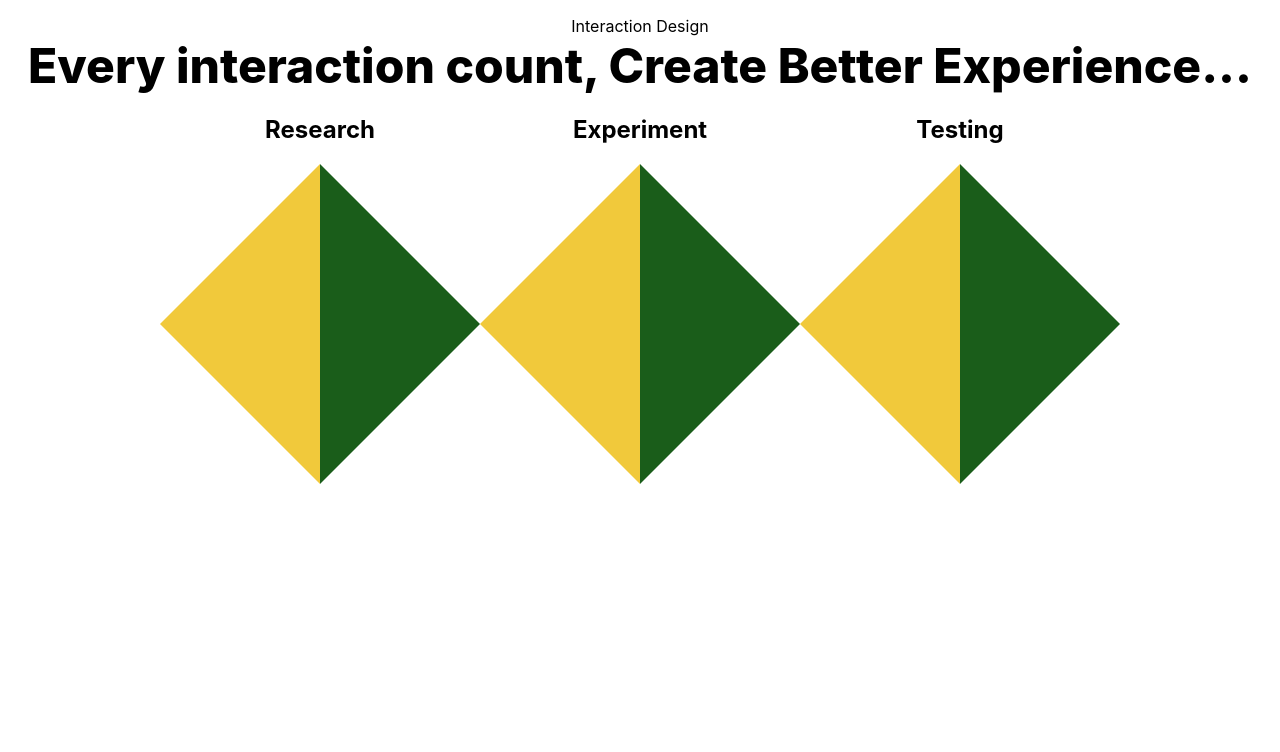
Repository: YingCG/interaction-design
Page: /
These files come from the project's save history. The page is drawn as it stood at one moment and after the next save; the edit follows.
The browser window is 1280 px wide. The pictures show the whole page.
The project was rebuilt for these pictures with package versions that can differ from the ones it lists, and the page was loaded fresh each time. Also part of the build but not shown: src/ProjectOverview.js, src/About.jsx, src/Nav.jsx.

Above is the page before, as saved 2023-09-08 17:16:22.

### src/App.js
import "./App.css";
import TripleDiamond from "./TripleDiamond";
import { HashRouter, Router, Routes, Route, Link } from "react-router-dom";
import About from "./About";
import Nav from "./Nav";

function App() {
  return (
    <div className="App">
      Interaction Design
      <HashRouter>
        <Routes>
          {/* <Nav /> */}
          {/* <Route exact path="/nav" element={<Nav />}></Route> */}
          <Route exact path="/" element={<TripleDiamond />}></Route>
          <Route exact path="/about" element={<About />}></Route>
        </Routes>
      </HashRouter>
    </div>
  );
}

export default App;

### src/App.css
.App {
  text-align: center;
  padding: 1em;
  height: 100vh;
}

.arrow-right {
  width: 0;
  height: 0;
  border-top: 10rem solid transparent;
  border-bottom: 10rem solid transparent;
  border-left: 10rem solid #1a5d1a;
}
.arrow-right:hover {
  border-left: 10rem solid #ffa1f5;
}

.arrow-left {
  width: 0;
  height: 0;
  border-top: 10rem solid transparent;
  border-bottom: 10rem solid transparent;
  border-right: 10rem solid #f1c93b;
}
.arrow-left:hover {
  border-right: 10rem solid #ffa1f5;
}

.container {
  display: flex;
  justify-content: center;
  align-items: center;
  width: 100%;
}

.text-content {
  /* padding: 3em; */
  font-size: 3em;
  font-weight: 800;
  flex-direction: column;
}

.triple-diamond {
  display: flex;
  width: 50%;
}

.container-triple {
  display: flex;
  flex-direction: column;
}

.text-above {
  flex-direction: column;
}

### src/TripleDiamond.jsx
import React, { useState } from "react";
import contents from "./data";
import ProjectOverview from "./ProjectOverview";
// import Research from "./Research";

function TripleDiamond() {
  const [info, setInfo] = useState([]);

  function showInfo(contents) {
    console.log(contents);
    setInfo(contents);
  }

  return (
    <>
      <div className="text-content">
        Every interaction count, Create Better Experience...
      </div>
      <div className="container">
        <div className="container-triple">
          <h2 className="text-above">Research</h2>
          <div
            className="triple-diamond"
            onClick={() =>
              showInfo(contents[1].Title + <p>{contents[1].Description}</p>)
            }
          >
            <div className="arrow-left"></div>
            <div className="arrow-right"></div>
          </div>
        </div>

        <div className="container-triple">
          <h2 className="text-above">Experiment</h2>
          <div
            className="triple-diamond"
            onClick={() => showInfo(contents[2].Title)}
          >
            <div className="arrow-left"></div>
            <div className="arrow-right"></div>
          </div>
        </div>

        <div className="container-triple">
          <h2 className="text-above">Testing</h2>
          <div
            className="triple-diamond"
            onClick={() => showInfo(contents[3].Title)}
          >
            <div className="arrow-left"></div>
            <div className="arrow-right"></div>
          </div>
        </div>
      </div>
      <div className="information">{info}</div>
    </>
  );
}

export default TripleDiamond;

### src/data.js
const contents = [
  {
    Title: "Project Overview",
    Description:
      "Memento Media is a creative industry startup that empowers people to save life's stories. When a loved one dies, we also sadly loose their stories. Memento Media uses storytelling and oral history practices to redefine the way families discover, capture and celebrate family history withoutmulti-generational living family archives.",
  },
  {
    Title: "Research",
    Description: "Assessment 1",
  },
  {
    Title: "Experiment",
    Description: "Assessment 2",
  },
  {
    Title: "Prototype",
    Description: "Assessment 3.",
  },
];

export default contents;

Loaded but not shown: public/index.html (common file); src/index.js (common file); src/index.css (common file); src/reportWebVitals.js (common file)

After the next save:
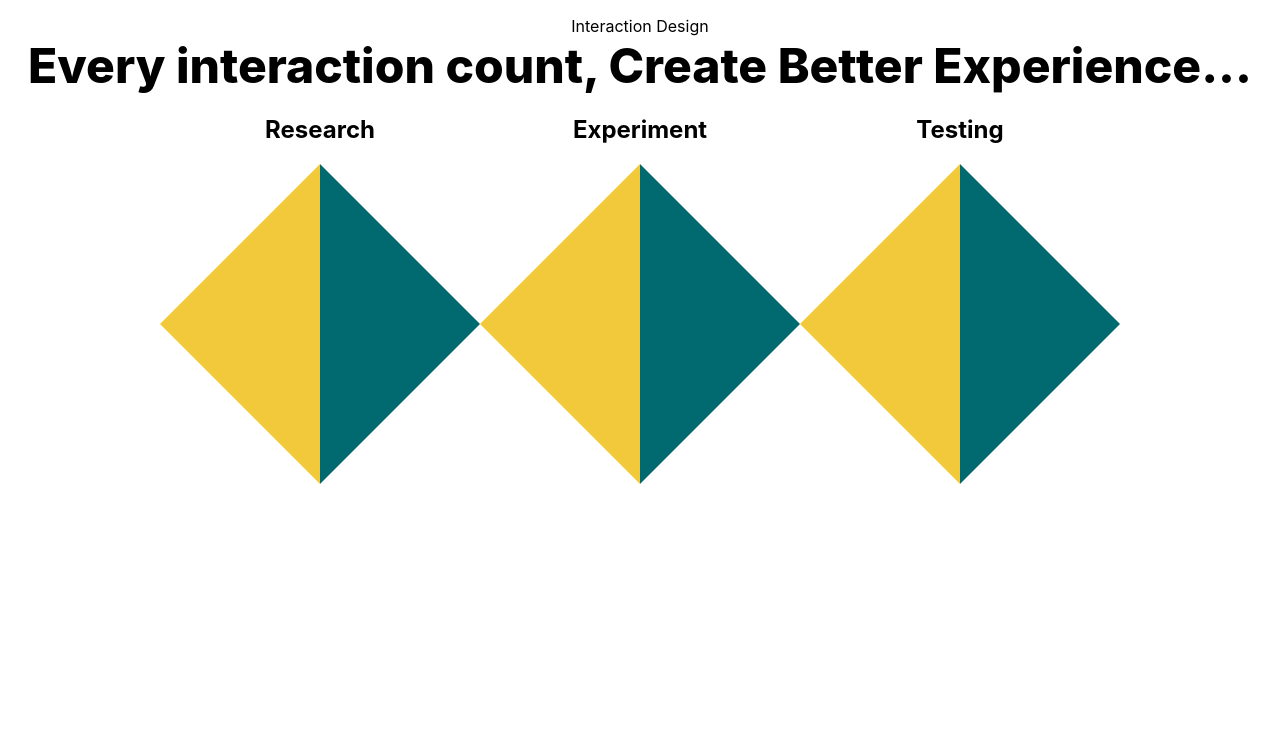
Saved 20 s later.
--- a/src/App.css
+++ b/src/App.css
@@ -9,7 +9,7 @@
   height: 0;
   border-top: 10rem solid transparent;
   border-bottom: 10rem solid transparent;
-  border-left: 10rem solid #1a5d1a;
+  border-left: 10rem solid #016a70;
 }
 .arrow-right:hover {
   border-left: 10rem solid #ffa1f5;
